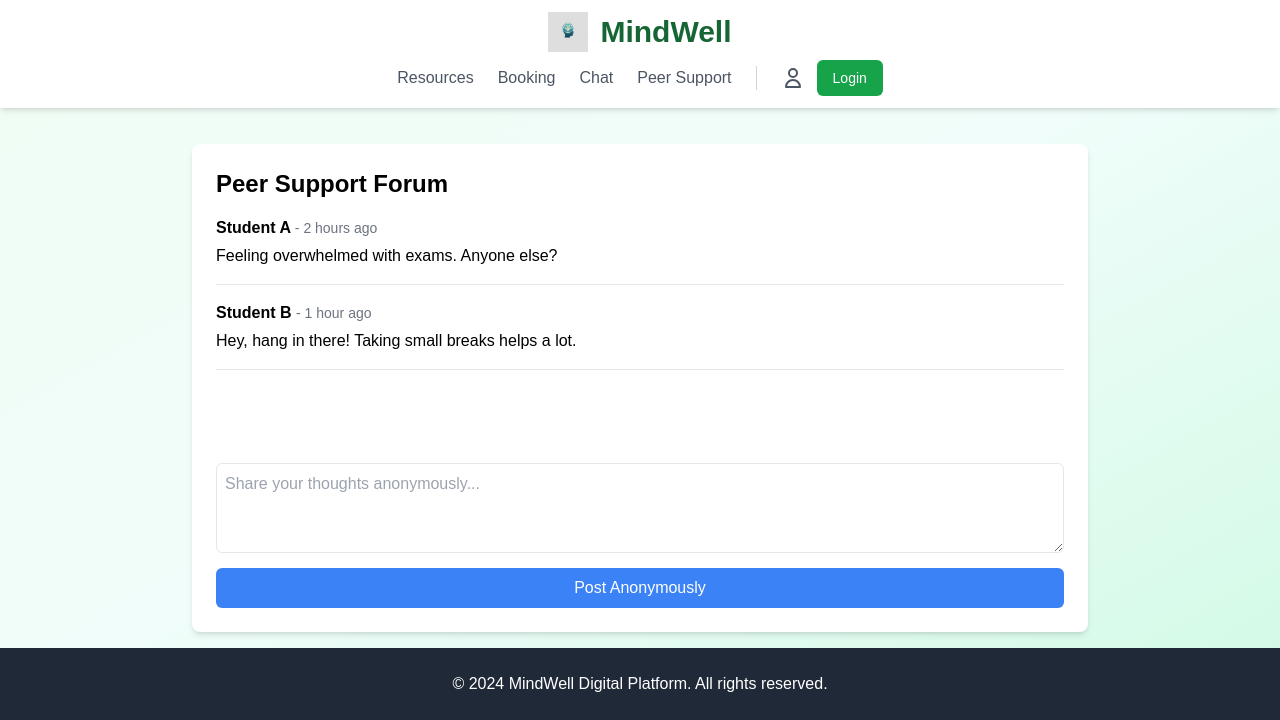
Repository: alokse24b01025/mentalhealth-project-sih-
Page: /peer-support (app in p1/)
The author's editor kept a copy of each file at every save. The page is drawn from the files as they stood at one save, then again after the next save.
The browser window is 1280 px wide. The pictures show the whole page.
The project was rebuilt for these pictures with package versions that can differ from the ones it lists, and the page was loaded fresh each time. Also part of the build but not shown: p1/vite.config.js, p1/src/pages/HomePage.jsx, p1/src/components/Chatbot.jsx, p1/src/pages/ChatPage.jsx, p1/src/components/ResourceCard.jsx, p1/src/data/mockResources.js, p1/src/pages/ResourcesPage.jsx, p1/src/data/mockCounselors.js and 3 more.

Above is the page before, as saved 2025-09-10 12:23:35.

After the next save:
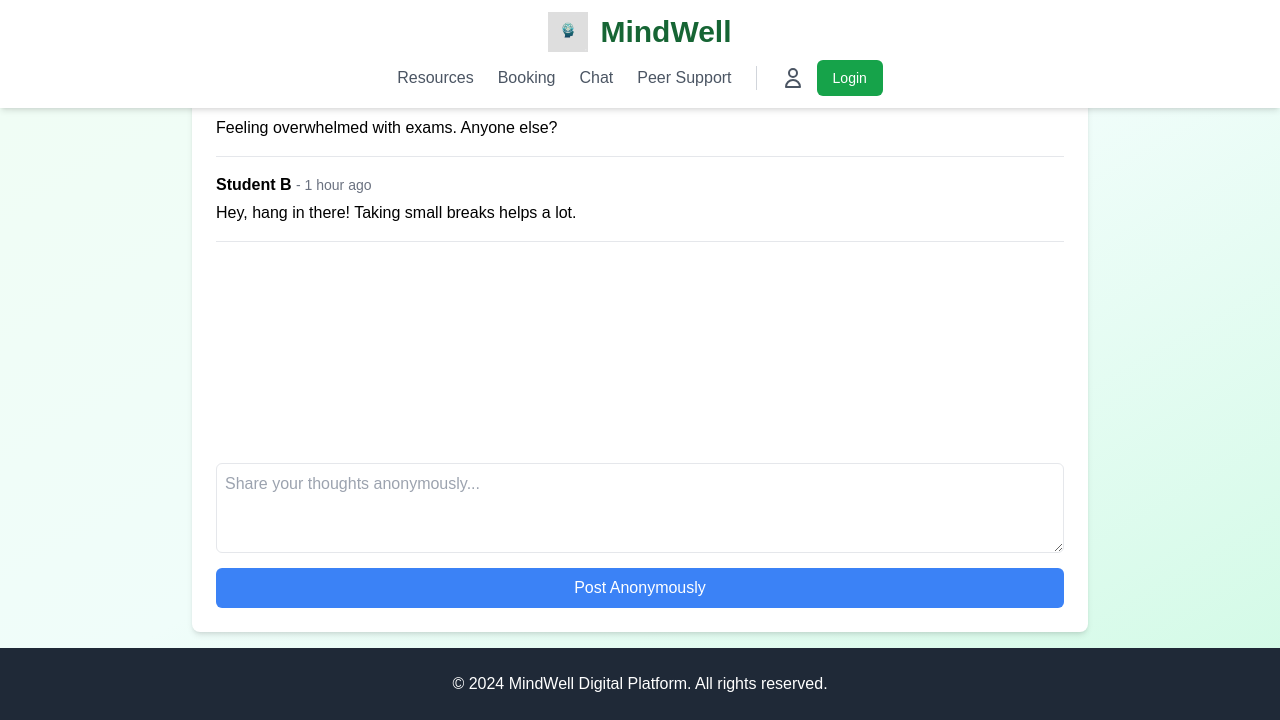
Saved 3 min 12 s later.
--- a/p1/src/pages/PeerSupportPage.jsx
+++ b/p1/src/pages/PeerSupportPage.jsx
@@ -10,7 +10,7 @@
       <Header />
 
       {/* This main section takes up all remaining space and centers its content */}
-      <main className="flex-1 w-full flex flex-col items-center p-4 pt-36 overflow-hidden">
+      <main className="flex-1 w-full flex flex-col items-center p-4 overflow-hidden">
 
         {/* This container holds the Peer Support UI and fills the main area without overflowing */}
         <div className="w-full max-w-4xl flex-1 flex flex-col min-h-0">

After the save that followed:
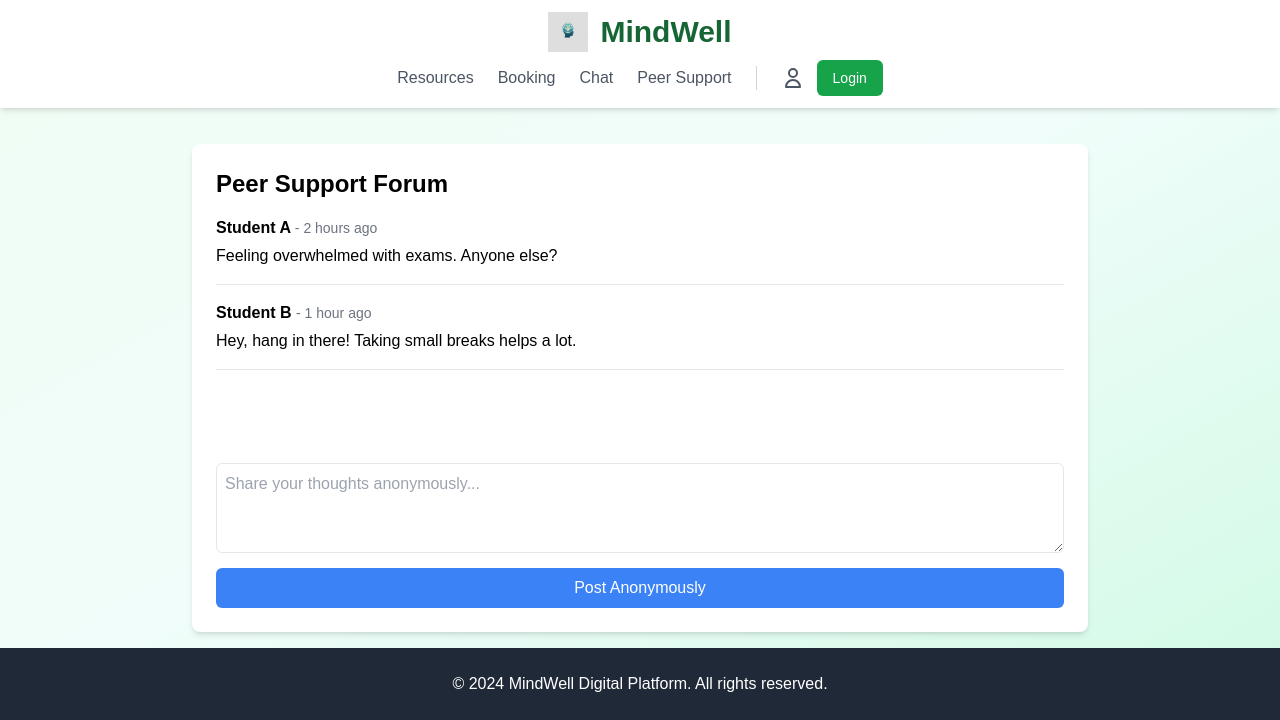
Saved 14 s later.
--- a/p1/src/pages/PeerSupportPage.jsx
+++ b/p1/src/pages/PeerSupportPage.jsx
@@ -10,7 +10,7 @@
       <Header />
 
       {/* This main section takes up all remaining space and centers its content */}
-      <main className="flex-1 w-full flex flex-col items-center p-4 overflow-hidden">
+      <main className="flex-1 w-full flex flex-col items-center p-4 pt-36 overflow-hidden">
 
         {/* This container holds the Peer Support UI and fills the main area without overflowing */}
         <div className="w-full max-w-4xl flex-1 flex flex-col min-h-0">
